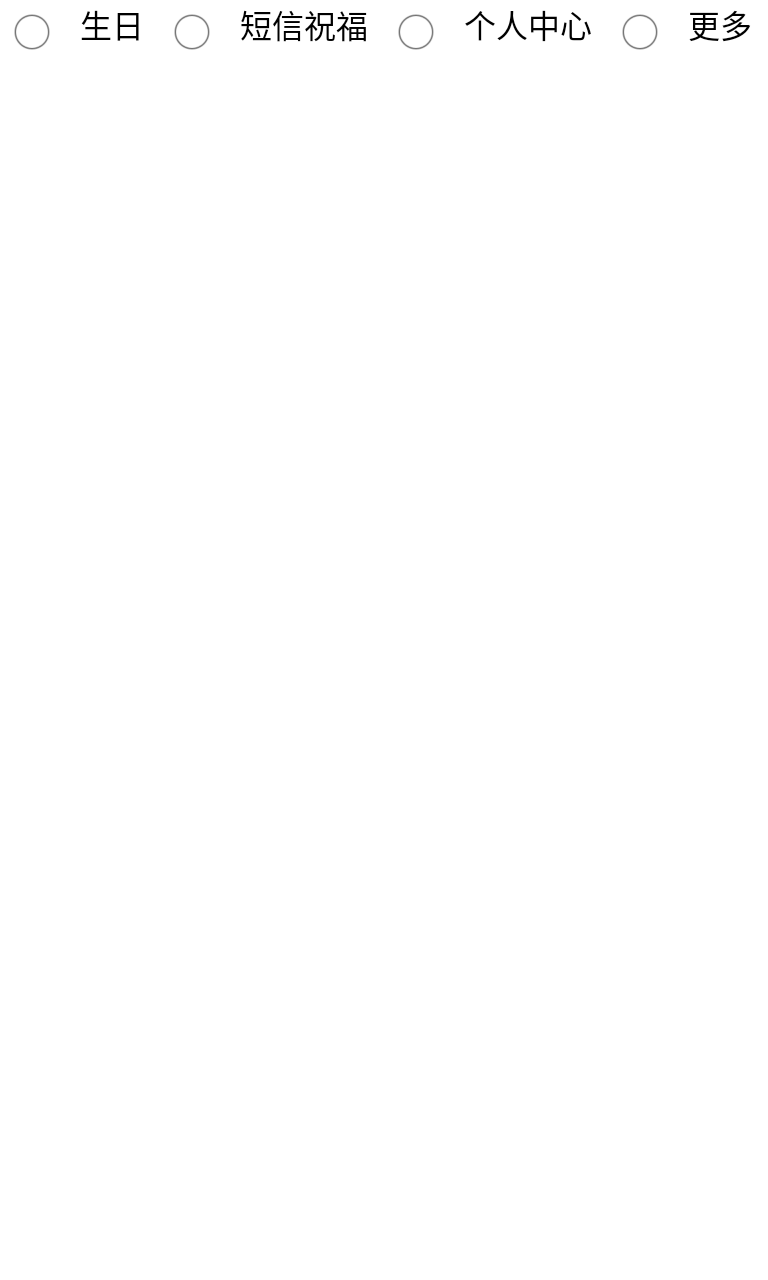
Repository: stone-jin/birthday
Layout: 1/res/layout/mainactivity_tabs.xml
An editor plug-in stored every save of this project. The layout is shown before and after the next save, followed by the edit.
It is drawn on a 768 x 1280 px phone screen (xhdpi) without system bars, with theme AppTheme; the app's code is not run.

Above is the layout before, as saved 2014-04-22 15:07:05.

After the next save:
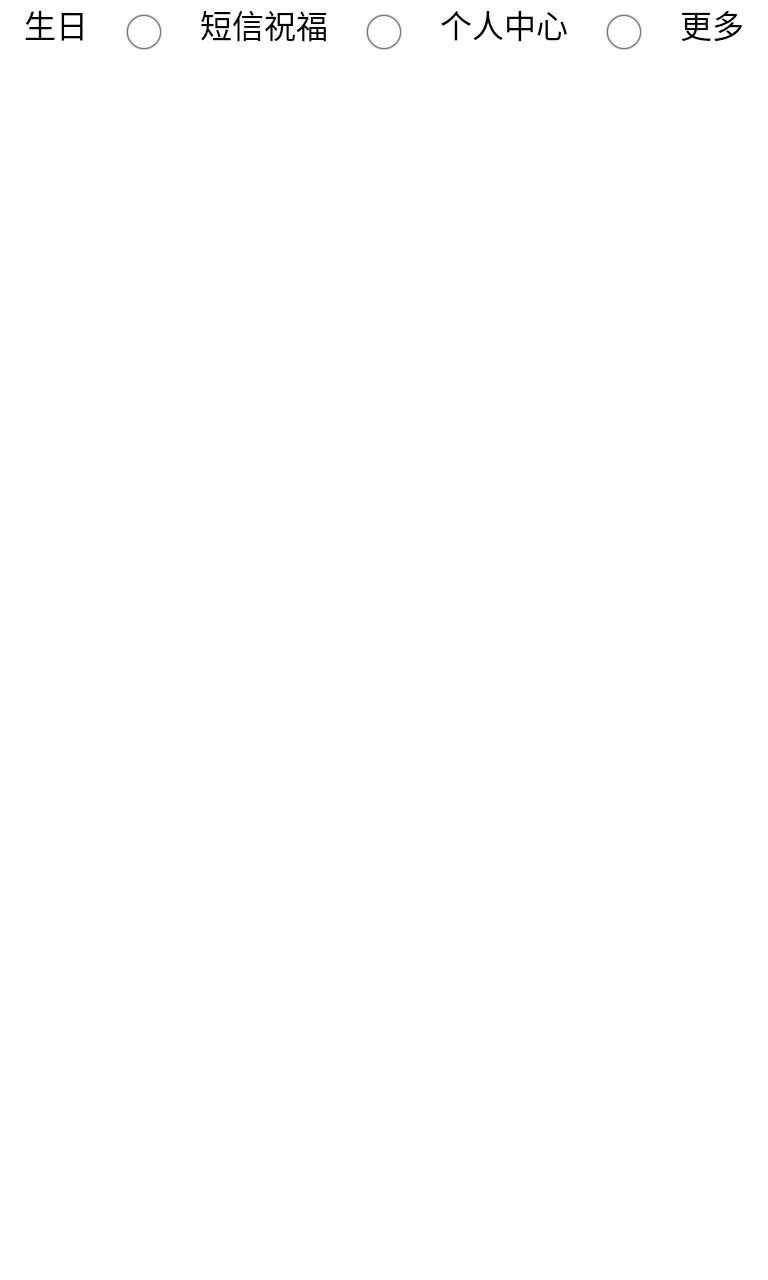
Saved 10 s later.
--- a/1/res/layout/mainactivity_tabs.xml
+++ b/1/res/layout/mainactivity_tabs.xml
@@ -15,6 +15,7 @@
             android:layout_width="wrap_content"
             android:layout_height="wrap_content"
             android:layout_weight="1"
+            android:button="@null"
             android:gravity="center_horizontal"
             android:text="生日"
             />
